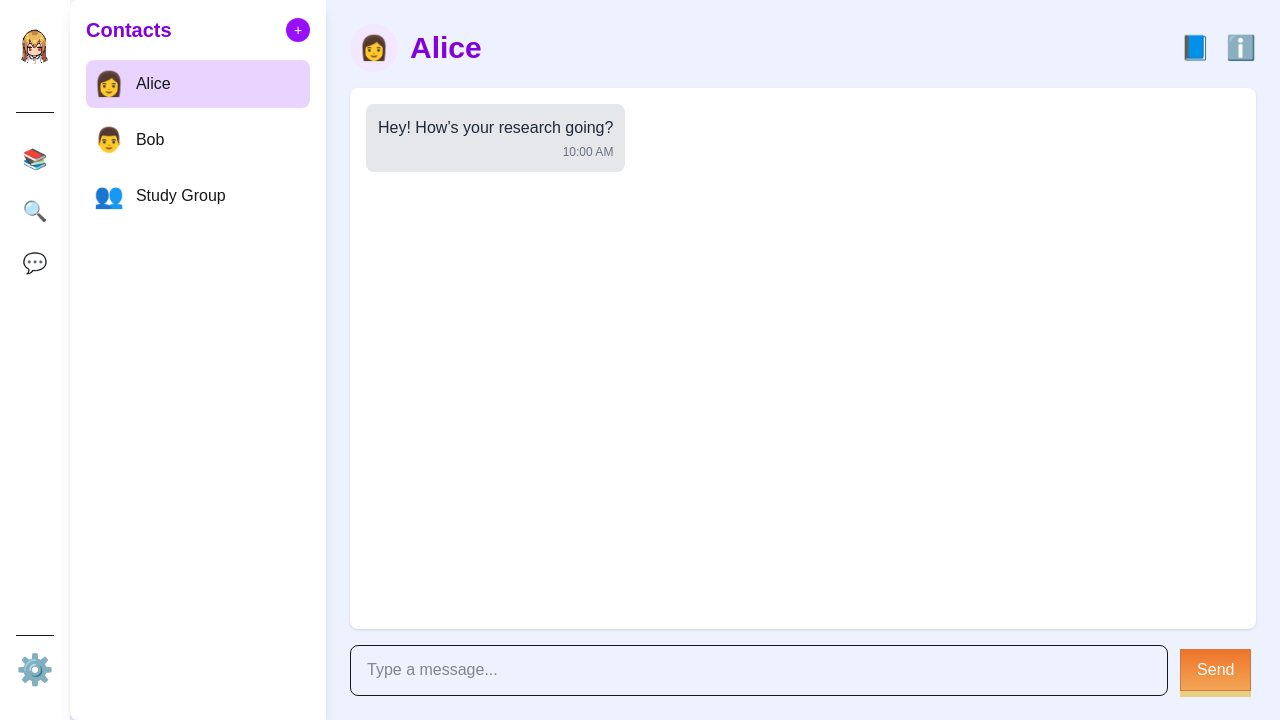
Repository: ramosfranz/bookie
Page: /chat
An editor plug-in stored every save of this project. The page is shown before and after the next save, followed by the edit.
The browser window is 1280 px wide. The pictures show the whole page.
The page's requests for data from a server got no answer. Some web fonts or font styles are not loaded; a fallback is used. The project was rebuilt for these pictures with package versions that can differ from the ones it lists, and the page was loaded fresh each time. The framework's server and built-in components were replaced by stand-ins that run in the browser. No one was signed in, and anything a server would have sent is missing. Also part of the build but not shown: next.config.ts, src/app/chat/AddContact.tsx, src/app/chat/FriendList.tsx, src/app/chat/FriendInfo.tsx.

Above is the page before, as saved 2025-12-06 08:55:22.

### src/app/layout.tsx
import type { Metadata } from "next";
import "./globals.css";
import Head from "next/head";

export const metadata: Metadata = {
  title: "Bookie",
  description: "Bookie",
};

export default function RootLayout({
  children,
}: Readonly<{ children: React.ReactNode }>) {
  return (
    <html lang="en">
      <Head>
        <link rel="preconnect" href="https://fonts.googleapis.com" />
        <link rel="preconnect" href="https://fonts.gstatic.com" crossOrigin="anonymous" />
        <link href="https://fonts.googleapis.com/css2?family=Jersey+25&display=swap" rel="stylesheet" />

      </Head>
      <body className="font-jersey antialiased">{children}</body>
    </html>
  );
}

### src/app/chat/page.tsx
"use client";

import { useState, useRef, useEffect } from "react";
import Sidebar from "../components/Sidebar";
import ContactSidebar from "./ContactSidebar";
import AddContactPopup from "./AddContact";
import FriendInfoPopup from "./FriendInfo";
import ChatLog from "./ChatLog";
import '../styles/pixelButton.css';
import '../styles/background.css';

interface Message {
  id: string;
  sender: "user" | "other";
  senderName?: string; // for group chat
  avatar?: string;
  content: string;
  timestamp: string;
}

interface Contact {
  id: string;
  name: string;
  avatar: string;
  isGroup?: boolean;
  members?: { id: string; name: string; avatar: string }[];
  messages: Message[];
  sharedHistory?: { title: string; date: string }[]; // <-- Add this
}


export default function ChatPage() {
  const dummyUser = {
    id: "00000000-0000-0000-0000-000000000001",
    email: "test@example.com",
    username: "TestUser",
    name: "TestUser",
    avatar: "🧑",
  };

  const user = dummyUser;
  const [activeTab, setActiveTab] = useState<"research" | "leisure" | "discover" | "chat">("chat");

  const [contacts, setContacts] = useState<Contact[]>([
    { id: "c1", name: "Alice", avatar: "👩", messages: [{ id: "1", sender: "other", content: "Hey! How’s your research going?", timestamp: "10:00 AM" }] },
    { id: "c2", name: "Bob", avatar: "👨", messages: [{ id: "2", sender: "other", content: "Did you see the latest AI paper?", timestamp: "10:05 AM" }] },
    {
      id: "g1",
      name: "Study Group",
      avatar: "👥",
      isGroup: true,
      members: [
        { id: "c1", name: "Alice", avatar: "👩" },
        { id: "c2", name: "Bob", avatar: "👨" },
        { id: "00000000-0000-0000-0000-000000000001", name: "TestUser", avatar: "🧑" },
      ],
      messages: [
        { id: "1", sender: "other", senderName: "Alice", avatar: "👩", content: "Hi everyone!", timestamp: "10:10 AM" },
      ],
    },
  ]);

  const [allFriends] = useState([
  { id: "c3", name: "Charlie", avatar: "🧑" },
  { id: "c4", name: "Dana", avatar: "👩" },
  { id: "c5", name: "Eli", avatar: "👨" },
]);


  const [selectedContactId, setSelectedContactId] = useState("c1");
  const [newMessage, setNewMessage] = useState("");
  const [showAddContactPopup, setShowAddContactPopup] = useState(false);
  const [showInfoPopup, setShowInfoPopup] = useState(false);
  const [showAvatar, setShowAvatar] = useState(false);
  const [isCollapsed, setIsCollapsed] = useState(false);
  const chatEndRef = useRef<HTMLDivElement | null>(null);

  const selectedContact = contacts.find((c) => c.id === selectedContactId)!;

  useEffect(() => {
    chatEndRef.current?.scrollIntoView({ behavior: "smooth" });
  }, [selectedContact.messages]);

  const sendMessage = (text: string) => {
    if (!text.trim()) return;
    const timestamp = new Date().toLocaleTimeString([], { hour: "2-digit", minute: "2-digit" });
    const message: Message = { id: Math.random().toString(36).substr(2, 9), sender: "user", content: text, timestamp };
    setContacts((prev) =>
      prev.map((c) => (c.id === selectedContactId ? { ...c, messages: [...c.messages, message] } : c))
    );

    setTimeout(() => {
      const aiMessage: Message = {
        id: Math.random().toString(36).substr(2, 9),
        sender: "other",
        content: "🤖 AI Response: I see! That’s interesting.",
        timestamp: new Date().toLocaleTimeString([], { hour: "2-digit", minute: "2-digit" }),
      };
      setContacts((prev) =>
        prev.map((c) => (c.id === selectedContactId ? { ...c, messages: [...c.messages, aiMessage] } : c))
      );
    }, 1000);
  };

  const handleSend = () => {
    sendMessage(newMessage);
    setNewMessage("");
  };

  const handleKeyPress = (e: React.KeyboardEvent<HTMLInputElement>) => {
    if (e.key === "Enter") handleSend();
  };

  // Filter friends (contacts that are NOT groups)
  const friendsList = contacts.filter((c) => !c.isGroup);

  return (
    <div className="min-h-screen flex bg-indigo-50 relative">
      <Sidebar activeTab={activeTab} user={user} />

      <main className="flex flex-1">
        <ContactSidebar
          contacts={contacts}
          selectedContactId={selectedContactId}
          setSelectedContactId={(id) => { setSelectedContactId(id); setShowAvatar(false); }}
          showAddContactPopup={showAddContactPopup}
          setShowAddContactPopup={setShowAddContactPopup}
          isCollapsed={isCollapsed}
          setIsCollapsed={setIsCollapsed}
        />

        <div className="flex-1 flex flex-col p-6 h-screen">
          {showAvatar && (
            <div className="w-full bg-white rounded-xl shadow flex items-center justify-center mb-4 h-48">
              <span className="text-gray-400">[User 2D Avatar Placeholder]</span>
            </div>
          )}

          {/* Header */}
          <div className="flex items-center justify-between mb-4">
            <div className="flex items-center gap-3">
              <div className="w-12 h-12 rounded-full bg-purple-100 flex items-center justify-center text-2xl">
                {selectedContact.avatar}
              </div>
              <h1 className="text-3xl font-bold text-purple-700">{selectedContact.name}</h1>
            </div>

            <div className="flex items-center gap-4 text-2xl ml-auto">
              <button onClick={() => setShowAvatar((prev) => !prev)} title="Show Avatar" className="hover:text-purple-600 transition">
                📘
              </button>
              <button onClick={() => setShowInfoPopup(true)} title="Contact Info" className="hover:text-purple-600 transition">
                ℹ️
              </button>
            </div>
          </div>

          <ChatLog messages={selectedContact.messages} />

          <div className="flex gap-2">
            <input
              type="text"
              placeholder="Type a message..."
              value={newMessage}
              onChange={(e) => setNewMessage(e.target.value)}
              onKeyPress={handleKeyPress}
              className="flex-1 px-4 py-2 rounded-lg border outline-none"
            />
            <button
              onClick={handleSend}
               className="pixelButton"
            >
              Send
            </button>
          </div>
        </div>
      </main>

      <AddContactPopup
        isOpen={showAddContactPopup}
        onClose={() => setShowAddContactPopup(false)}
        onAddFriend={(username) => {
          const newId = "c" + Math.random().toString(36).substr(2, 5);
          setContacts((prev) => [...prev, { id: newId, name: username, avatar: "👤", messages: [] }]);
          setShowAddContactPopup(false);
        }}
        onCreateGroup={(groupName) => {
          const newId = "g" + Math.random().toString(36).substr(2, 5);
          setContacts((prev) => [
            ...prev,
            {
              id: newId,
              name: groupName + " (Group)",
              avatar: "👥",
              isGroup: true,
              members: [user],
              messages: [],
            },
          ]);
          setShowAddContactPopup(false);
        }}
      />

      <FriendInfoPopup
  isOpen={showInfoPopup}
  onClose={() => setShowInfoPopup(false)}
  friend={{
    id: selectedContact.id,
    name: selectedContact.name,
    nickname: selectedContact.name,
    isGroup: selectedContact.isGroup || false,
    members: selectedContact.members || [],
    sharedHistory: selectedContact.sharedHistory || [],
  }}
  allFriends={allFriends} // <-- pass dummy friends
  onUpdateNicknameOrGroupName={(newName: string) => {
    setContacts((prev) =>
      prev.map((c) =>
        c.id === selectedContact.id ? { ...c, name: newName } : c
      )
    );
  }}
  onUnfriendOrLeaveGroup={() => {
    if (selectedContact.isGroup) {
      console.log("Leave group clicked");
    } else {
      console.log("Unfriend clicked");
    }
  }}
  onAddMember={(friend) => {
    // Add new member to group
    setContacts((prev) =>
      prev.map((c) =>
        c.id === selectedContact.id
          ? { ...c, members: [...(c.members || []), friend] }
          : c
      )
    );
  }}
/>
    </div>
  );
}

### src/app/globals.css
@import url('https://fonts.googleapis.com/css2?family=Jersey+25&display=swap');
@import "tailwindcss";

:root {
  --background: #ffffff;
  --foreground: #171717;
  --font-jersey: 'Jersey 25', sans-serif;
}

@theme inline {
  --color-background: var(--background);
  --color-foreground: var(--foreground);
}

@media (prefers-color-scheme: dark) {
  :root {
    --background: #0a0a0a;
    --foreground: #ededed;
  }
}

body {
  background: var(--background);
  color: var(--foreground);
  font-family: var(--font-jersey);
}

.pixelated {
  image-rendering: pixelated;       /* Modern browsers */
  image-rendering: crisp-edges;     /* Fallback */
  -ms-interpolation-mode: nearest-neighbor; /* IE fallback */
}

### src/app/components/Sidebar.tsx
"use client";

import { useState, useEffect } from "react";
import Link from "next/link";
import { supabase } from "@/lib/supabase/client";
import { AvatarData } from "../profile/AvatarBuilder";

export default function Sidebar({ activeTab }: { activeTab: string }) {
  const [isCollapsed, setIsCollapsed] = useState(true);
  const [username, setUsername] = useState<string>("");
  const [avatarData, setAvatarData] = useState<AvatarData>({
    skinTone: null,
    eyeColor: null,
    hairColor: null,
    hairstyle: 1,
  });

  // Load username + avatar from Supabase
  useEffect(() => {
    async function loadProfile() {
      const {
        data: { user },
      } = await supabase.auth.getUser();

      if (!user) return;

      const baseUsername = user.email?.split("@")[0] ?? "";

      const { data: profile } = await supabase
        .from("profiles")
        .select("*")
        .eq("id", user.id)
        .single();

      setUsername(profile?.username || baseUsername);
      setAvatarData(profile?.avatar || avatarData);
    }

    loadProfile();
  }, []);

  const handleLinkClick = (e: React.MouseEvent) => e.stopPropagation();

  return (
    <aside
      onClick={() => setIsCollapsed(!isCollapsed)}
      className={`${isCollapsed ? "w-[70px]" : "w-[180px]"} bg-white shadow-lg p-4 flex flex-col items-center transition-all duration-300 cursor-pointer`}
    >
      {/* Profile Section */}
      <Link href="/profile" onClick={handleLinkClick} className="mb-8 flex flex-col items-center">
        <div className="w-12 h-12 rounded-full overflow-hidden relative image-rendering-pixelated">
          <div className="absolute w-full h-full" style={{ transform: "translateY(+50%) scale(1.5)" }}>
            <img src="/avatar/skin.png" className="absolute inset-0 w-full h-full" style={{ filter: avatarData.skinTone || "" }} />
            <img src="/avatar/fit.png" className="absolute inset-0 w-full h-full" />
            <img src="/avatar/eyes.png" className="absolute inset-0 w-full h-full" style={{ filter: avatarData.eyeColor || "" }} />
            <img src="/avatar/hair.png" className="absolute inset-0 w-full h-full" style={{ filter: avatarData.hairColor || "" }} />
          </div>
        </div>

        {!isCollapsed && <p className="mt-3 font-semibold text-purple-700">{username}</p>}
      </Link>

      <div className="w-full border-t my-4"></div>

      {/* Tabs */}
      <nav className="flex flex-col items-center gap-6 mt-4">
        <Link
          href="/dashboard"
          onClick={handleLinkClick}
          className={`flex flex-col items-center text-xl ${activeTab === "dashboard" ? "text-purple-600" : "text-gray-500 hover:text-gray-700"}`}
        >
          📚 {!isCollapsed && <span className="text-sm mt-1">Library</span>}
        </Link>

        <Link
          href="/discover"
          onClick={handleLinkClick}
          className={`flex flex-col items-center text-xl ${activeTab === "discover" ? "text-purple-600" : "text-gray-500 hover:text-gray-700"}`}
        >
          🔍 {!isCollapsed && <span className="text-sm mt-1">Discover</span>}
        </Link>

        <Link
          href="/chat"
          onClick={handleLinkClick}
          className={`flex flex-col items-center text-xl ${activeTab === "chat" ? "text-purple-600" : "text-gray-500 hover:text-gray-700"}`}
        >
          💬 {!isCollapsed && <span className="text-sm mt-1">Chat</span>}
        </Link>
      </nav>

      <div className="w-full border-t my-4 mt-auto"></div>

      <button onClick={(e) => e.stopPropagation()} className="text-gray-500 hover:text-gray-700 text-3xl mb-4">
        ⚙️
      </button>
    </aside>
  );
}

### src/app/chat/ContactSidebar.tsx
"use client";

import { Dispatch, SetStateAction } from "react";

interface Contact {
  id: string;
  name: string;
  avatar: string;
}

interface ContactSidebarProps {
  contacts: Contact[];
  selectedContactId: string;
  setSelectedContactId: Dispatch<SetStateAction<string>>;
  showAddContactPopup: boolean;
  setShowAddContactPopup: Dispatch<SetStateAction<boolean>>;
  isCollapsed: boolean;
  setIsCollapsed: Dispatch<SetStateAction<boolean>>;
}

export default function ContactSidebar({
  contacts,
  selectedContactId,
  setSelectedContactId,
  showAddContactPopup,
  setShowAddContactPopup,
  isCollapsed,
  setIsCollapsed,
}: ContactSidebarProps) {
  return (
    <div
      onClick={() => setIsCollapsed(!isCollapsed)}
      className={`bg-white shadow-lg rounded-l-lg flex flex-col transition-all duration-300 ${
        isCollapsed ? "w-16" : "w-64"
      }`}
    >
      <div className="p-4 flex flex-col flex-1">
        {!isCollapsed && (
          <div className="flex items-center justify-between mb-4">
            <h2 className="text-xl font-bold text-purple-700">Contacts</h2>
            <button
              onClick={(e) => {
                e.stopPropagation();
                setShowAddContactPopup(true);
              }}
              className="text-white bg-purple-600 hover:bg-purple-700 rounded-full w-6 h-6 flex items-center justify-center text-sm"
            >
              +
            </button>
          </div>
        )}

        <div className="flex flex-col gap-2 overflow-y-auto flex-1">
          {contacts.map((contact) => (
            <button
              key={contact.id}
              onClick={(e) => {
                e.stopPropagation();
                setSelectedContactId(contact.id);
              }}
              className={`flex items-center gap-3 p-2 rounded-lg text-left hover:bg-purple-100 transition ${
                contact.id === selectedContactId ? "bg-purple-200" : ""
              }`}
            >
              <span className="text-2xl">{contact.avatar}</span>
              {!isCollapsed && <span className="font-medium">{contact.name}</span>}
            </button>
          ))}
        </div>
      </div>
    </div>
  );
}

### src/app/chat/ChatLog.tsx
"use client";

import { useEffect, useRef } from "react";

interface Message {
  id: string;
  sender: "user" | "other";
  senderName?: string; // for group chats
  avatar?: string; // emoji or image URL
  content: string;
  timestamp: string;
}

interface ChatLogProps {
  messages: Message[];
}

export default function ChatLog({ messages }: ChatLogProps) {
  const chatEndRef = useRef<HTMLDivElement | null>(null);

  // Scroll to bottom whenever messages change
  useEffect(() => {
    chatEndRef.current?.scrollIntoView({ behavior: "smooth" });
  }, [messages]);

  return (
    <div className="flex-1 overflow-y-auto bg-white p-4 rounded-lg shadow mb-4 flex flex-col">
      {messages.map((msg) => (
        <div
          key={msg.id}
          className={`flex mb-3 items-end ${
            msg.sender === "user" ? "justify-end" : "justify-start"
          }`}
        >
          {/* Avatar for other users */}
          {msg.sender !== "user" && msg.avatar && (
            <div className="w-8 h-8 rounded-full bg-gray-200 flex items-center justify-center text-lg mr-2 shrink-0">
              {msg.avatar}
            </div>
          )}

          {/* Message bubble */}
          <div
            className={`p-3 rounded-lg max-w-xs break-words relative ${
              msg.sender === "user" ? "bg-purple-600 text-white" : "bg-gray-200 text-gray-800"
            }`}
          >
            {/* Sender name for group chats */}
            {msg.senderName && msg.sender !== "user" && (
              <span className="font-semibold text-sm block mb-1">{msg.senderName}</span>
            )}
            <p>{msg.content}</p>
            <span className="text-xs text-gray-500 block text-right mt-1">{msg.timestamp}</span>
          </div>

          {/* Optional avatar on the right for user */}
          {msg.sender === "user" && msg.avatar && (
            <div className="w-8 h-8 rounded-full bg-purple-600 flex items-center justify-center text-white text-lg ml-2 shrink-0">
              {msg.avatar}
            </div>
          )}
        </div>
      ))}
      <div ref={chatEndRef}></div>
    </div>
  );
}

### src/app/styles/pixelButton.css
.pixelButton {
  display: inline-block;
  font-size: 1rem;
  color: white; /* you can customize */
  border-radius: 10; /* or var(--btn-radius) if you want rounded */
  border: 1px solid #d4783a; /* default outline */
  background: linear-gradient(to bottom, #ee742b, #f3a655);
  box-shadow: 0px 6px 0 #e6cf80;
  cursor: pointer;
  text-align: center;
  white-space: nowrap;
  transition: transform 0.1s ease, box-shadow 0.1s ease;
  image-rendering: pixelated;
  margin: 0.5%;
  padding: 0.5rem 1rem;
}

.pixelButton:hover {
  background: linear-gradient(to bottom, #ffa9b8, #ff605f);
  border-color: #ff1a14;
}

.pixelButton:active {
  transform: translateY(4px);
  box-shadow: 0 0 #000;
}

### src/app/styles/background.css
.bookieBackground {
  background-image: url("/image/sparkle.gif"), url("/image/bg_try.gif"), url("/image/bookiebg1.png");
  background-size: auto, auto, 20%;   /* multiple background layers */
  background-repeat: auto, auto, space;
}

.pixelated {
  image-rendering: pixelated;       /* Modern browsers */
  image-rendering: crisp-edges;     /* Fallback */
  -ms-interpolation-mode: nearest-neighbor; /* IE fallback */
}

.bookieBgVar1 {
   background-image: url("/image/bookiebg1.png");
  background-size: auto, 20%;   /* multiple background layers */
  background-repeat: auto, space;
}

Loaded but not shown: src/lib/supabase/client.ts (common file)

After the next save:
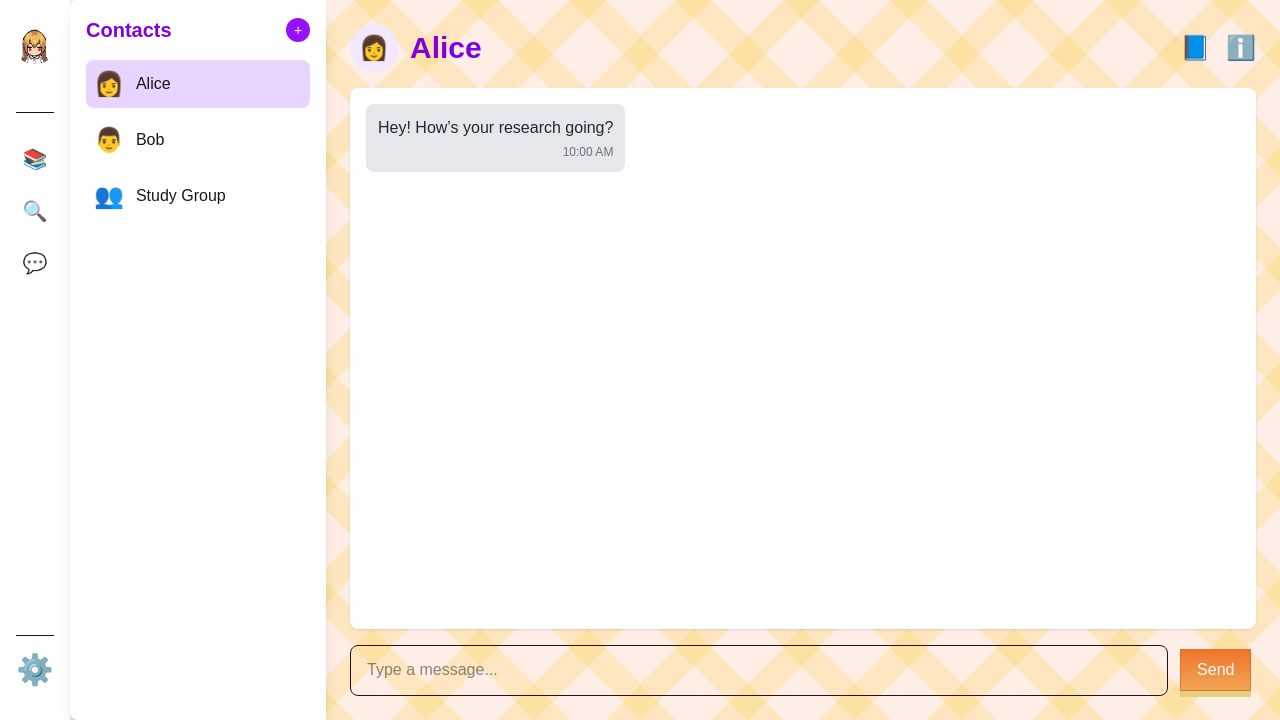
Saved 23 s later.
--- a/src/app/chat/page.tsx
+++ b/src/app/chat/page.tsx
@@ -115,7 +115,7 @@ export default function ChatPage() {
   const friendsList = contacts.filter((c) => !c.isGroup);
 
   return (
-    <div className="min-h-screen flex bg-indigo-50 relative">
+    <div className="min-h-screen flex bookieBgVar1 relative">
       <Sidebar activeTab={activeTab} user={user} />
 
       <main className="flex flex-1">
